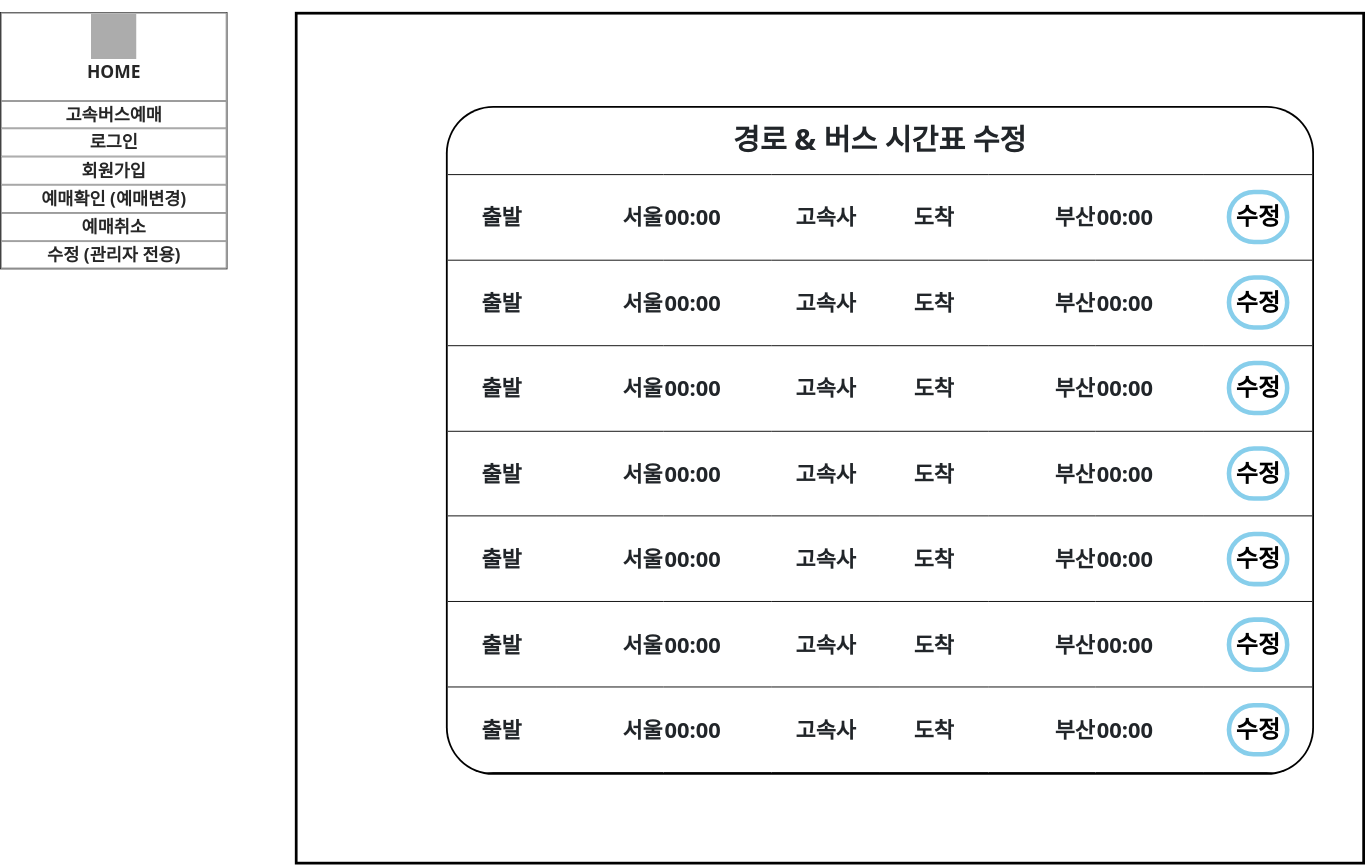
Repository: rudqhd79/spring_personal
Page: http://localhost/edit/edit
These files come from the project's save history. The page is drawn as it stood at one moment and after the next save; the edit follows.
The browser window is 1280 px wide. The page is 1500 px wide, so the pictures cover 1500 px, including what lies to the right of the window. The pictures show the whole page, at 91% of full size.
Pictures or frames that could not be fetched are drawn as grey boxes. The page is this project's Thymeleaf template; nobody is signed in. The template is opened directly, without the code that normally fills it, so the values that code supplies are empty.

Above is the page before, as saved 2023-01-31 09:20:03.

### bus-reservation/src/main/resources/templates/edit/edit.html
<!DOCTYPE html>
<html xmlns:th="http://www.thymeleaf.org"
	xmlns:layout="http://www.ultraq.net.nz/thymeleaf/layout">
<link rel="stylesheet"
	href="//maxcdn.bootstrapcdn.com/bootstrap/latest/css/bootstrap.min.css">
<script src="//code.jquery.com/jquery.min.js"></script>
<script
	src="//maxcdn.bootstrapcdn.com/bootstrap/latest/js/bootstrap.min.js"></script>
<head>
<meta charset="UTF-8">
<title>수정</title>

<!-- bootstrap css -->
<link
	href="https://cdn.jsdelivr.net/npm/bootstrap@5.3.0-alpha1/dist/css/bootstrap.min.css"
	rel="stylesheet"
	integrity="sha384-GLhlTQ8iRABdZLl6O3oVMWSktQOp6b7In1Zl3/Jr59b6EGGoI1aFkw7cmDA6j6gD"
	crossorigin="anonymous">
<link th:href="@{/css/all.css}" rel="stylesheet">
<!-- bootstrap js, popper -->
<script
	src="https://cdn.jsdelivr.net/npm/@popperjs/core@2.11.6/dist/umd/popper.min.js"
	integrity="sha384-oBqDVmMz9ATKxIep9tiCxS/Z9fNfEXiDAYTujMAeBAsjFuCZSmKbSSUnQlmh/jp3"
	crossorigin="anonymous"></script>
<script
	src="https://cdn.jsdelivr.net/npm/bootstrap@5.3.0-alpha1/dist/js/bootstrap.min.js"
	integrity="sha384-mQ93GR66B00ZXjt0YO5KlohRA5SY2XofN4zfuZxLkoj1gXtW8ANNCe9d5Y3eG5eD"
	crossorigin="anonymous"></script>
<!-- jquery  -->
<script src="https://code.jquery.com/jquery-3.6.3.min.js"
	integrity="sha256-pvPw+upLPUjgMXY0G+8O0xUf+/Im1MZjXxxgOcBQBXU="
	crossorigin="anonymous"></script>
<th:block layout:fragment="script"></th:block>
<th:block layout:fragment="css"></th:block>
</head>
<body>
	<form th:action="@{edit_input}" method="post">
		<div class="fragment-sidebar">
			<div th:replace="fragments/sidebar::sidebar"></div>
			<div class="base_angle" style="margin-top: 1vw">
				<div class="edit_border">
					<div style="text-align: center; font-size: 2em; margin: 10px 0 15px 0; font-weight: bolder">경로 & 버스 시간표 수정</div>
					<table class="edit_table" style="width:100%; height:90%;">
						<tr style="font-size: 1.5em; width: 80%;" class="edit_tr">
							<th class="edit_td" style="width:calc(100%/8); text-align: center">출발</th>
							<th class="edit_td" style="width:calc(100%/8); text-align: right">서울</th>
							<th class="edit_td" style="width:calc(100%/8); text-align: left">00:00</th>
							<th class="edit_td" style="width:calc(100%/8); text-align: center">고속사</th>
							<th class="edit_td" style="width:calc(100%/8); text-align: center">도착</th>
							<th class="edit_td" style="width:calc(100%/8); text-align: right;">부산</th>
							<th class="edit_td" style="width:calc(100%/8); text-align: left">00:00</th>
							<th class="edit_td" style="width:calc(100%/8); text-align: center"><input type="submit" value="수정" style="border: 5px solid skyblue; border-radius: 30px; font-size: 1.1em; background:  white; padding: 5px; font-weight: 800;" /></th>
						</tr>
						<tr style="font-size: 1.5em; width: 80%;" class="edit_tr">
							<th class="edit_td" style="width:calc(100%/8); text-align: center">출발</th>
							<th class="edit_td" style="width:calc(100%/8); text-align: right">서울</th>
							<th class="edit_td" style="width:calc(100%/8); text-align: left">00:00</th>
							<th class="edit_td" style="width:calc(100%/8); text-align: center">고속사</th>
							<th class="edit_td" style="width:calc(100%/8); text-align: center">도착</th>
							<th class="edit_td" style="width:calc(100%/8); text-align: right;">부산</th>
							<th class="edit_td" style="width:calc(100%/8); text-align: left">00:00</th>
							<th class="edit_td" style="width:calc(100%/8); text-align: center"><input type="submit" value="수정" style="border: 5px solid skyblue; border-radius: 30px; font-size: 1.1em; background:  white; padding: 5px; font-weight: 800;" /></th>
						</tr>
						<tr style="font-size: 1.5em; width: 80%;" class="edit_tr">
							<th class="edit_td" style="width:calc(100%/8); text-align: center">출발</th>
							<th class="edit_td" style="width:calc(100%/8); text-align: right">서울</th>
							<th class="edit_td" style="width:calc(100%/8); text-align: left">00:00</th>
							<th class="edit_td" style="width:calc(100%/8); text-align: center">고속사</th>
							<th class="edit_td" style="width:calc(100%/8); text-align: center">도착</th>
							<th class="edit_td" style="width:calc(100%/8); text-align: right;">부산</th>
							<th class="edit_td" style="width:calc(100%/8); text-align: left">00:00</th>
							<th class="edit_td" style="width:calc(100%/8); text-align: center"><input type="submit" value="수정" style="border: 5px solid skyblue; border-radius: 30px; font-size: 1.1em; background:  white; padding: 5px; font-weight: 800;" /></th>
						</tr>
						<tr style="font-size: 1.5em; width: 80%;" class="edit_tr">
							<th class="edit_td" style="width:calc(100%/8); text-align: center">출발</th>
							<th class="edit_td" style="width:calc(100%/8); text-align: right">서울</th>
							<th class="edit_td" style="width:calc(100%/8); text-align: left">00:00</th>
							<th class="edit_td" style="width:calc(100%/8); text-align: center">고속사</th>
							<th class="edit_td" style="width:calc(100%/8); text-align: center">도착</th>
							<th class="edit_td" style="width:calc(100%/8); text-align: right;">부산</th>
							<th class="edit_td" style="width:calc(100%/8); text-align: left">00:00</th>
							<th class="edit_td" style="width:calc(100%/8); text-align: center"><input type="submit" value="수정" style="border: 5px solid skyblue; border-radius: 30px; font-size: 1.1em; background:  white; padding: 5px; font-weight: 800;" /></th>
						</tr>
						<tr style="font-size: 1.5em; width: 80%;" class="edit_tr">
							<th class="edit_td" style="width:calc(100%/8); text-align: center">출발</th>
							<th class="edit_td" style="width:calc(100%/8); text-align: right">서울</th>
							<th class="edit_td" style="width:calc(100%/8); text-align: left">00:00</th>
							<th class="edit_td" style="width:calc(100%/8); text-align: center">고속사</th>
							<th class="edit_td" style="width:calc(100%/8); text-align: center">도착</th>
							<th class="edit_td" style="width:calc(100%/8); text-align: right;">부산</th>
							<th class="edit_td" style="width:calc(100%/8); text-align: left">00:00</th>
							<th class="edit_td" style="width:calc(100%/8); text-align: center"><input type="submit" value="수정" style="border: 5px solid skyblue; border-radius: 30px; font-size: 1.1em; background:  white; padding: 5px; font-weight: 800;" /></th>
						</tr>
						<tr style="font-size: 1.5em; width: 80%;" class="edit_tr">
							<th class="edit_td" style="width:calc(100%/8); text-align: center">출발</th>
							<th class="edit_td" style="width:calc(100%/8); text-align: right">서울</th>
							<th class="edit_td" style="width:calc(100%/8); text-align: left">00:00</th>
							<th class="edit_td" style="width:calc(100%/8); text-align: center">고속사</th>
							<th class="edit_td" style="width:calc(100%/8); text-align: center">도착</th>
							<th class="edit_td" style="width:calc(100%/8); text-align: right;">부산</th>
							<th class="edit_td" style="width:calc(100%/8); text-align: left">00:00</th>
							<th class="edit_td" style="width:calc(100%/8); text-align: center"><input type="submit" value="수정" style="border: 5px solid skyblue; border-radius: 30px; font-size: 1.1em; background:  white; padding: 5px; font-weight: 800;" /></th>
						</tr>
						<tr style="font-size: 1.5em; width: 80%;" class="edit_tr">
							<th class="edit_td" style="width:calc(100%/8); text-align: center">출발</th>
							<th class="edit_td" style="width:calc(100%/8); text-align: right">서울</th>
							<th class="edit_td" style="width:calc(100%/8); text-align: left">00:00</th>
							<th class="edit_td" style="width:calc(100%/8); text-align: center">고속사</th>
							<th class="edit_td" style="width:calc(100%/8); text-align: center">도착</th>
							<th class="edit_td" style="width:calc(100%/8); text-align: right;">부산</th>
							<th class="edit_td" style="width:calc(100%/8); text-align: left">00:00</th>
							<th class="edit_td" style="width:calc(100%/8); text-align: center"><input type="submit" value="수정" style="border: 5px solid skyblue; border-radius: 30px; font-size: 1.1em; background:  white; padding: 5px; font-weight: 800;" /></th>
						</tr>
					</table>
				</div>
			</div>
		</div>
	</form>
</body>
</html>

### bus-reservation/src/main/resources/templates/fragments/sidebar.html
<!DOCTYPE html>
<html xmlns:th="http://www.thymeleaf.org">
<head>
<meta charset="UTF-8">
<title>Insert title here</title>
<link rel="stylesheet"
	href="//maxcdn.bootstrapcdn.com/bootstrap/latest/css/bootstrap.min.css">
<script src="//code.jquery.com/jquery.min.js"></script>
<script
	src="//maxcdn.bootstrapcdn.com/bootstrap/latest/js/bootstrap.min.js"></script>
</head>
<body>
<!-- 사이드바 -->
	<div th:fragment="sidebar" class="sidebar-total">
		<div id="page-wrapper">
			<div id="sidebar-wrapper">
				<ul class="sidebar-nav">
					<li class="sidebar-main">
						<a href="#">
							<img src="https://cdn-icons-png.flaticon.com/128/90/90573.png" style="width: 50px; height: 50px" />
							<p>HOME</p>
						</a>
					</li>
					<li class="sidebar-main"><a href="#">고속버스예매</a></li>
					<li class="sidebar-main"><a href="#">로그인</a></li>
					<li class="sidebar-main"><a href="#">회원가입</a></li>
					<li class="sidebar-main"><a href="#">예매확인 (예매변경)</a></li>
					<li class="sidebar-main"><a href="#">예매취소</a></li>
					<li class="sidebar-main"><a href="#">수정 (관리자 전용)</a></li>
				</ul>
			</div>
		</div>
	</div>
<!-- /사이드바 -->
</body>
</html>

Loaded but not shown: bus-reservation/src/main/resources/static/css/all.css (library)

After the next save:
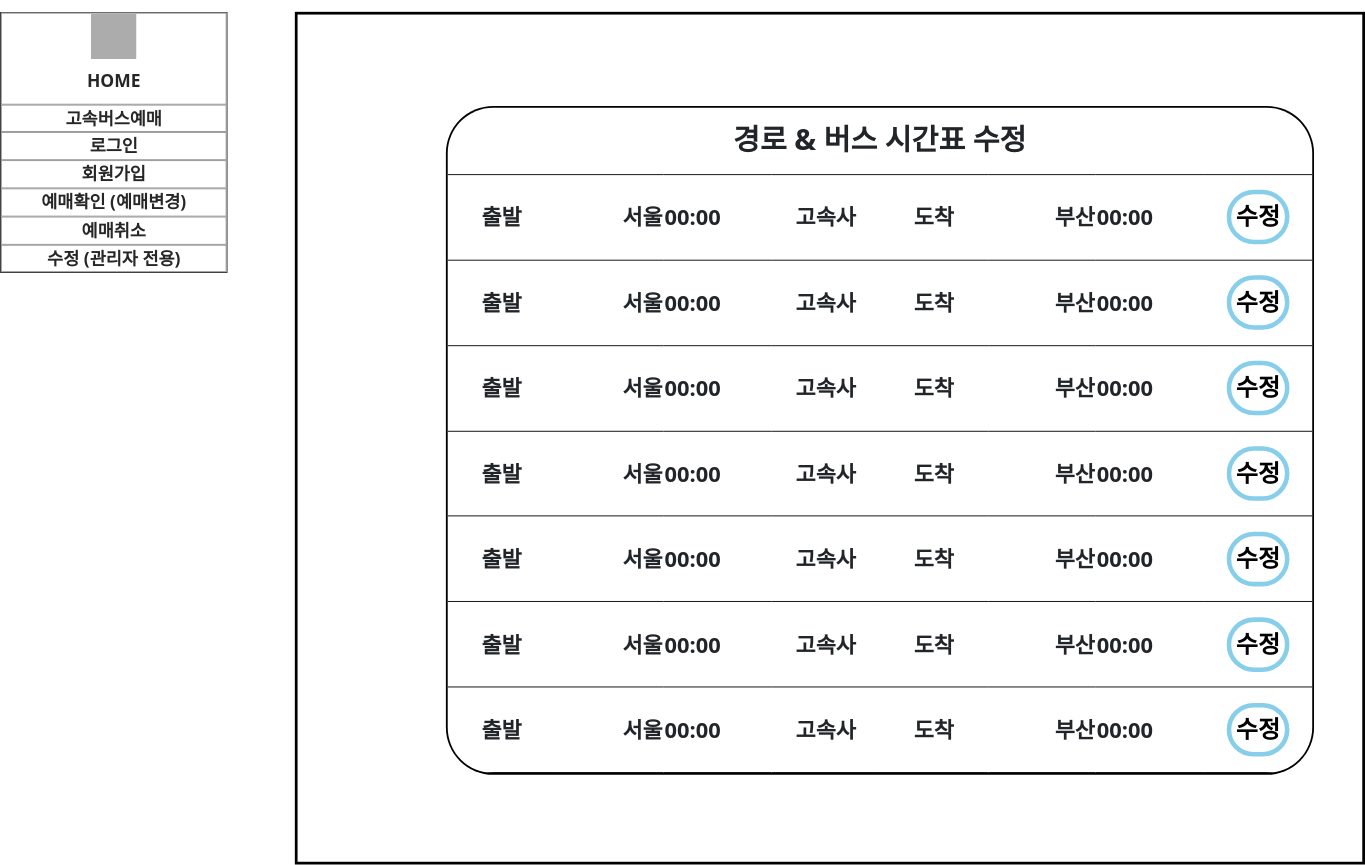
Saved 25 s later.
--- a/bus-reservation/src/main/resources/templates/fragments/sidebar.html
+++ b/bus-reservation/src/main/resources/templates/fragments/sidebar.html
@@ -18,7 +18,7 @@
 					<li class="sidebar-main">
 						<a href="#">
 							<img src="https://cdn-icons-png.flaticon.com/128/90/90573.png" style="width: 50px; height: 50px" />
-							<p>HOME</p>
+							<p class="home">HOME</p>
 						</a>
 					</li>
 					<li class="sidebar-main"><a href="#">고속버스예매</a></li>
